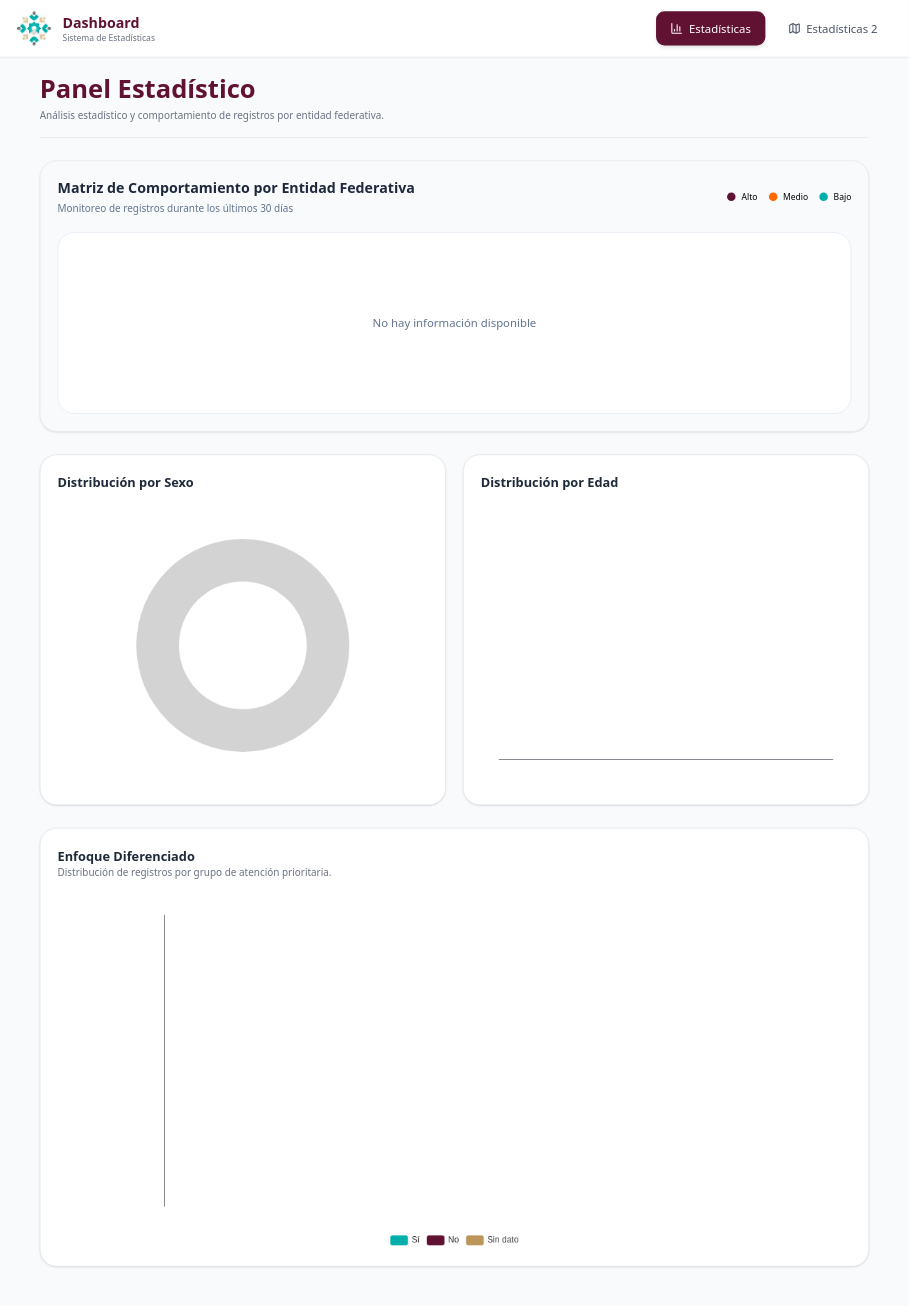
Repository: jesus890/semaforo-cinepolis
Page: /
An editor plug-in stored every save of this project. The page is shown before and after the next save, followed by the edit.
The browser window is 1280 px wide. The pictures show the whole page, at 71% of full size.
The page's requests for data from a server got no answer. The project was rebuilt for these pictures with package versions that can differ from the ones it lists, and the page was loaded fresh each time. No one was signed in, and anything a server would have sent is missing. Also part of the build but not shown: vite.config.ts, src/pages/EstadisticasDosPage.tsx.

Above is the page before, as saved 2026-06-04 14:50:09.

After the next save:
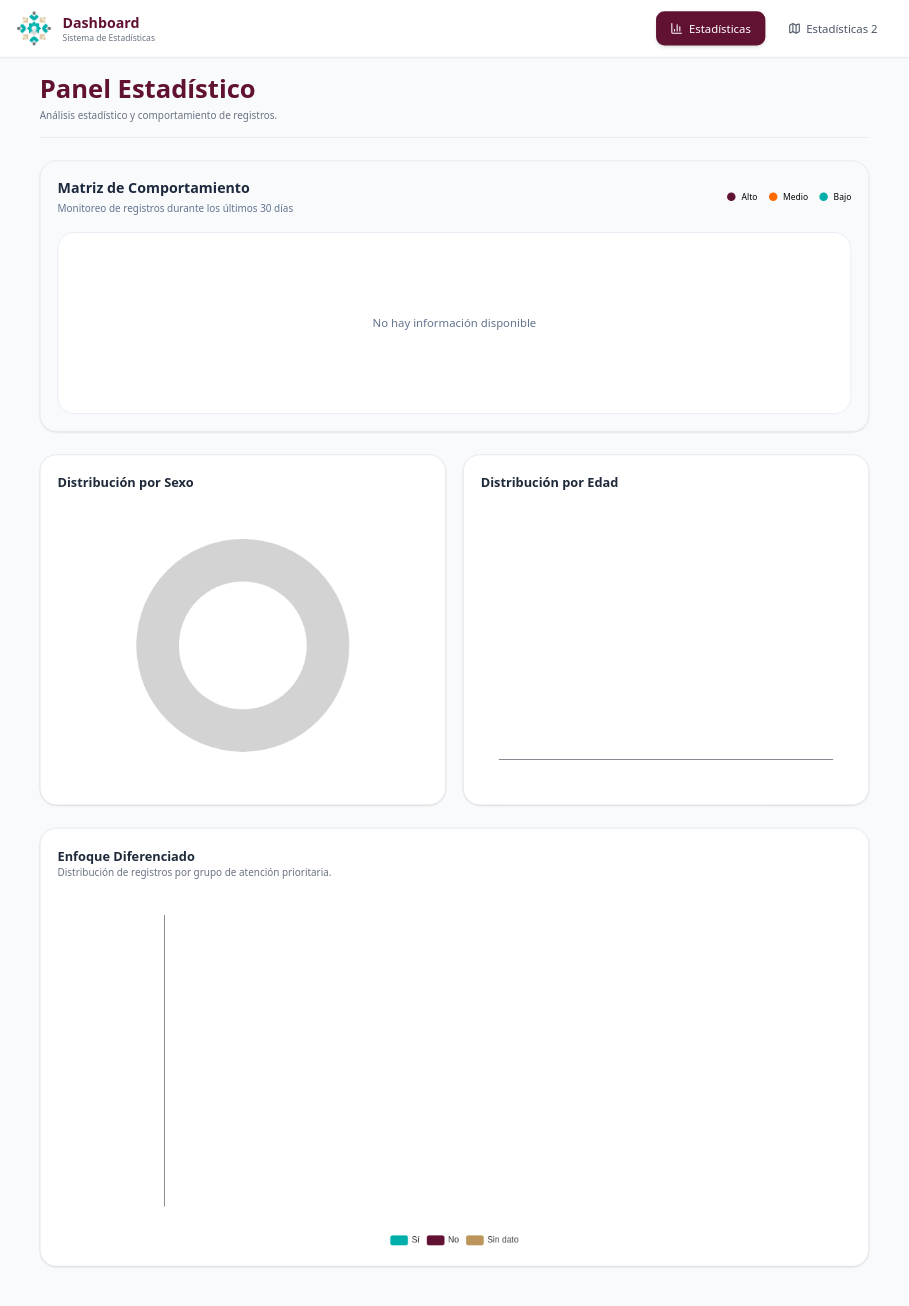
Saved 97 s later.
--- a/src/pages/EstadisticaPage.tsx
+++ b/src/pages/EstadisticaPage.tsx
@@ -130,7 +130,7 @@ export default function EstadisticasPage() {
                         </h1>
 
                         <p className="mt-2 text-sm text-gray-500">
-                            Análisis estadístico y comportamiento de registros por entidad federativa.
+                            Análisis estadístico y comportamiento de registros.
                         </p>
                     </div>
 
@@ -141,7 +141,7 @@ export default function EstadisticasPage() {
                             <div className="mb-6 flex items-center justify-between">
                                 <div>
                                     <h2 className="text-xl font-semibold text-slate-800">
-                                        Matriz de Comportamiento por Entidad Federativa
+                                        Matriz de Comportamiento
                                     </h2>
 
                                     <p className="mt-1 text-sm text-slate-500">
